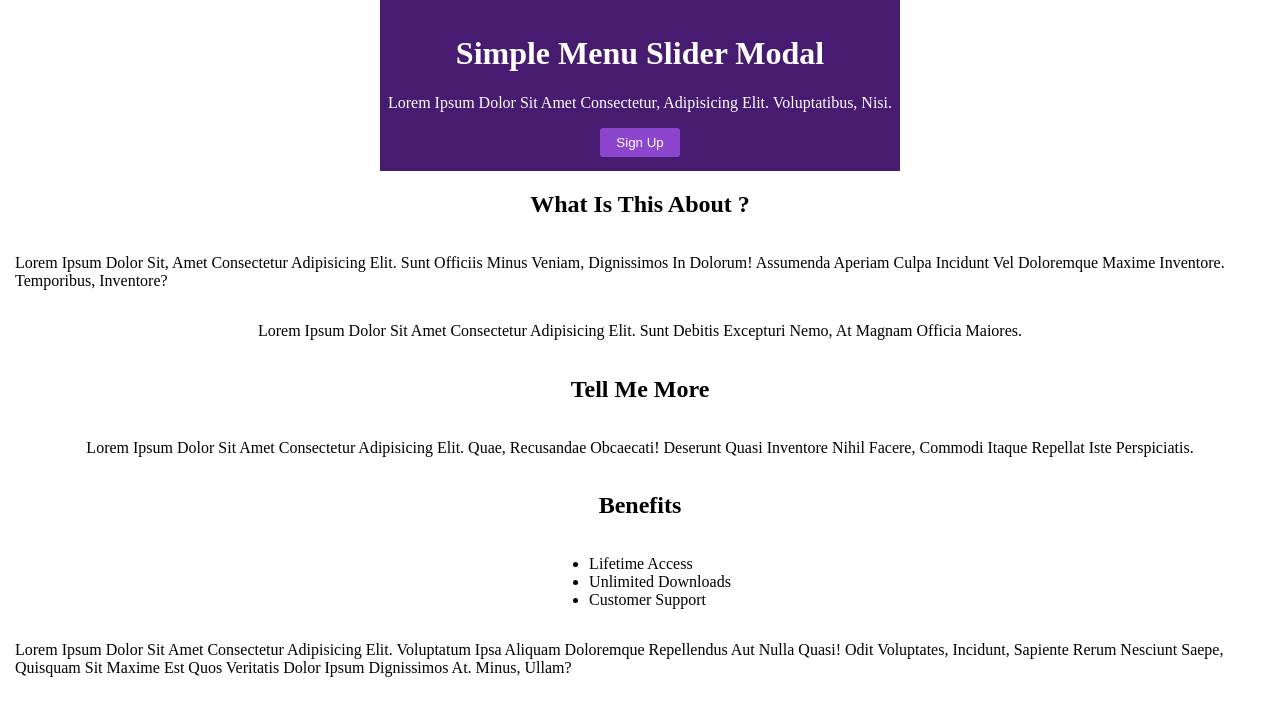
Repository: lilo750/Menu-Slider-modal
Page: index.html
An editor plug-in stored every save of this project. The page is shown before and after the next save, followed by the edit.
The browser window is 1280 px wide. The pictures show the whole page.

Above is the page before, as saved 2024-01-14 14:19:30.

After the next save:
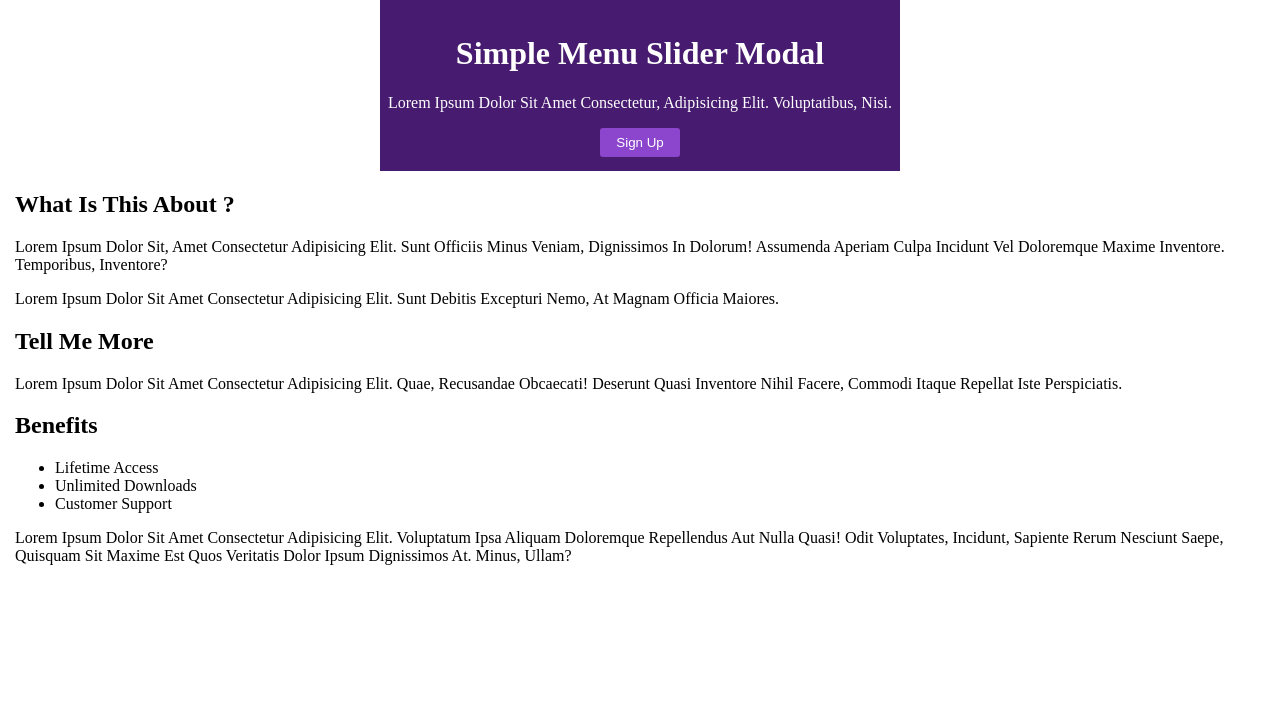
Saved 21 s later.
--- a/index.html
+++ b/index.html
@@ -42,37 +42,38 @@
                 </div>
             </header>
 
-            <main></main>
-            <h2>what is this about ?</h2>
-            <p>
-                Lorem ipsum dolor sit, amet consectetur adipisicing elit. Sunt
-                officiis minus veniam, dignissimos in dolorum! Assumenda aperiam
-                culpa incidunt vel doloremque maxime inventore. Temporibus,
-                inventore?
-            </p>
-            <p>
-                Lorem ipsum dolor sit amet consectetur adipisicing elit. Sunt
-                debitis excepturi nemo, at magnam officia maiores.
-            </p>
-            <h2>tell me more</h2>
-            <p>
-                Lorem ipsum dolor sit amet consectetur adipisicing elit. Quae,
-                recusandae obcaecati! Deserunt quasi inventore nihil facere,
-                commodi itaque repellat iste perspiciatis.
-            </p>
-            <h2>benefits</h2>
-            <ul>
-                <li>lifetime access</li>
-                <li>unlimited downloads</li>
-                <li>customer support</li>
-            </ul>
-            <p>
-                Lorem ipsum dolor sit amet consectetur adipisicing elit.
-                Voluptatum ipsa aliquam doloremque repellendus aut nulla quasi!
-                Odit voluptates, incidunt, sapiente rerum nesciunt saepe,
-                quisquam sit maxime est quos veritatis dolor ipsum dignissimos
-                at. Minus, ullam?
-            </p>
+            <main>
+                <h2>what is this about ?</h2>
+                <p>
+                    Lorem ipsum dolor sit, amet consectetur adipisicing elit.
+                    Sunt officiis minus veniam, dignissimos in dolorum!
+                    Assumenda aperiam culpa incidunt vel doloremque maxime
+                    inventore. Temporibus, inventore?
+                </p>
+                <p>
+                    Lorem ipsum dolor sit amet consectetur adipisicing elit.
+                    Sunt debitis excepturi nemo, at magnam officia maiores.
+                </p>
+                <h2>tell me more</h2>
+                <p>
+                    Lorem ipsum dolor sit amet consectetur adipisicing elit.
+                    Quae, recusandae obcaecati! Deserunt quasi inventore nihil
+                    facere, commodi itaque repellat iste perspiciatis.
+                </p>
+                <h2>benefits</h2>
+                <ul>
+                    <li>lifetime access</li>
+                    <li>unlimited downloads</li>
+                    <li>customer support</li>
+                </ul>
+                <p>
+                    Lorem ipsum dolor sit amet consectetur adipisicing elit.
+                    Voluptatum ipsa aliquam doloremque repellendus aut nulla
+                    quasi! Odit voluptates, incidunt, sapiente rerum nesciunt
+                    saepe, quisquam sit maxime est quos veritatis dolor ipsum
+                    dignissimos at. Minus, ullam?
+                </p>
+            </main>
         </div>
         <!-- ./container -->
     </body>
